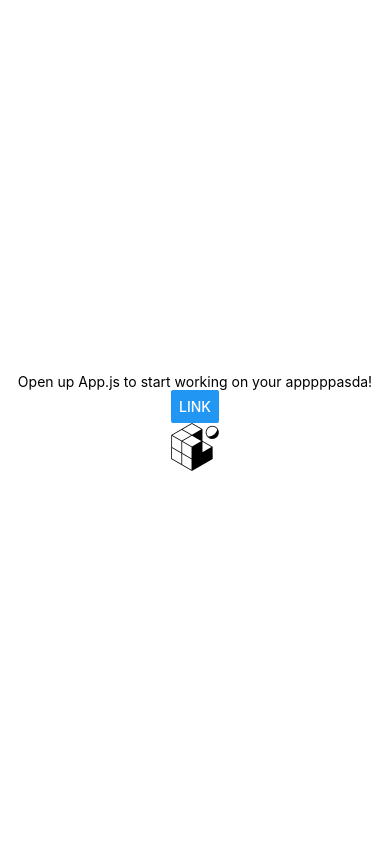
Repository: ntu34543/ReactNativeAndroid
Screen: /
An editor plug-in stored every save of this project. The screen is shown before and after a run of saves, followed by the edit.
The app was drawn by React Native's web renderer in a window 390 px wide. The project was rebuilt for these pictures with package versions that can differ from the ones it lists, and the page was loaded fresh each time.

Above is the screen before, as saved 2022-09-23 16:20:22.

### App.js
import { StatusBar } from 'expo-status-bar';
import { StyleSheet, Text, View, Button, Image, TextInput } from 'react-native';

export default function App() {
  return (
    <View style={styles.container}>
      <Text>Open up App.js to start working on your apppppasda!</Text>
      <Button title='Link' />
      <Image source={require('./assets/favicon.png')} />
      <StatusBar style="auto" />
    </View>
  );
}

const styles = StyleSheet.create({
  container: {
    flex: 1,
    backgroundColor: '#fff',
    alignItems: 'center',
    justifyContent: 'center',
  },
});

After the next 3 saves:
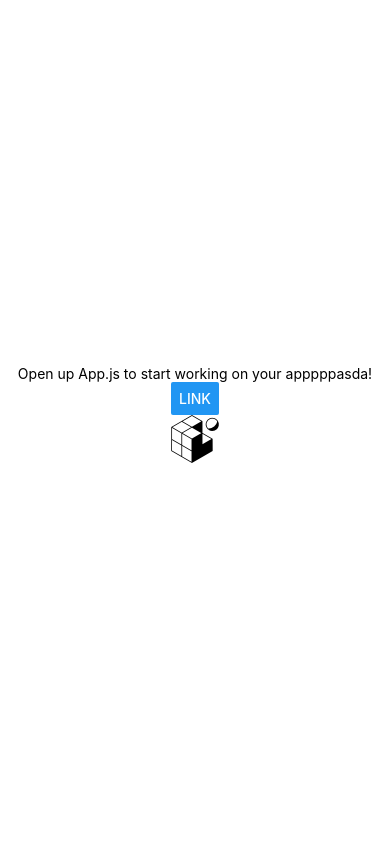
The 3 saves are shown as one change because they came seconds apart.
The last was saved 15 s later.
--- a/App.js
+++ b/App.js
@@ -7,6 +7,7 @@ export default function App() {
       <Text>Open up App.js to start working on your apppppasda!</Text>
       <Button title='Link' />
       <Image source={require('./assets/favicon.png')} />
+      <TextInput />
       <StatusBar style="auto" />
     </View>
   );
